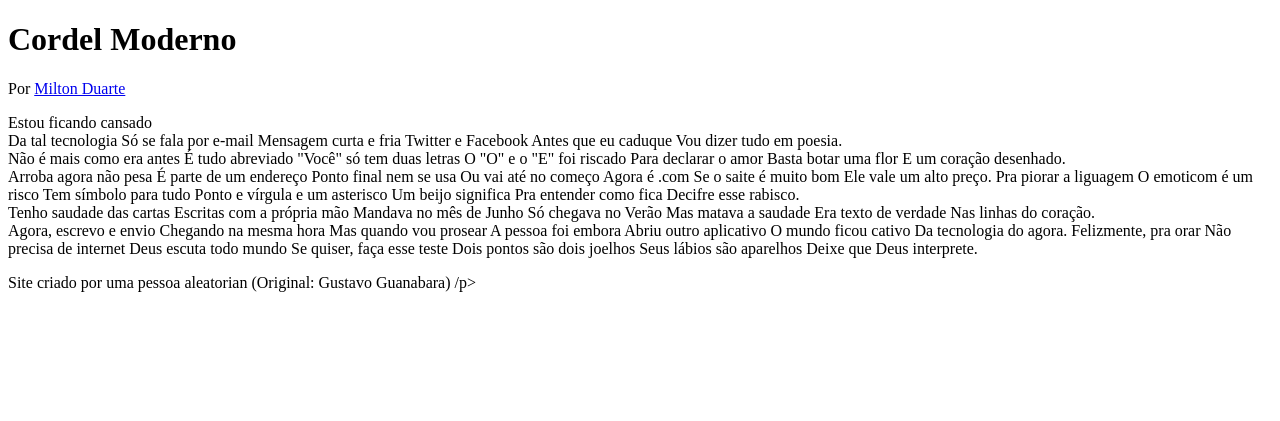
Repository: Codigo404q/html-css
Page: AHAHAHAHAHAHAHHHHHHHHHAHAHAHAHAHAHHAHAH/d012/index.html
The author's editor kept a copy of each file at every save. The page is drawn from the files as they stood at one save, then again after a run of saves.
The browser window is 1280 px wide. The pictures show the whole page.

Above is the page before, as saved 2024-01-07 22:40:30.

### AHAHAHAHAHAHAHHHHHHHHHAHAHAHAHAHAHHAHAH/d012/index.html
<!DOCTYPE html>
<html lang="pt-br">
<head>
    <meta charset="UTF-8">
    <meta name="viewport" content="width=device-width, initial-scale=1.0">
    <title>Codel moderno</title>
</head>
<body>
        <header>
            <h1>Cordel Moderno</h1>
            <p>Por <a href="https://www.recantodasletras.com.br/poesias/3186743" target="_blank">Milton Duarte</a></p>

        </header>

    <section>
        Estou ficando cansado <br>
        Da tal tecnologia
        Só se fala por e-mail
        Mensagem curta e fria
        Twitter e Facebook
        Antes que eu caduque
        Vou dizer tudo em poesia.
    </section>



    <section>
        Não é mais como era antes
        É tudo abreviado
        "Você" só tem duas letras
        O "O" e o "E" foi riscado
        Para declarar o amor
        Basta botar uma flor
        E um coração desenhado.
    </section>


    <section>
        Arroba agora não pesa
        É parte de um endereço
        Ponto final nem se usa
        Ou vai até no começo
        Agora é .com
        Se o saite é muito bom
        Ele vale um alto preço.

        Pra piorar a liguagem
        O emoticom é um risco
        Tem símbolo para tudo
        Ponto e vírgula e um asterisco
        Um beijo significa
        Pra entender como fica
        Decifre esse rabisco.
    </section>



    <section>
        Tenho saudade das cartas
        Escritas com a própria mão
        Mandava no mês de Junho
        Só chegava no Verão
        Mas matava a saudade
        Era texto de verdade
        Nas linhas do coração.
    </section>



    <section>
        Agora, escrevo e envio
        Chegando na mesma hora
        Mas quando vou prosear
        A pessoa foi embora
        Abriu outro aplicativo
        O mundo ficou cativo
        Da tecnologia do agora.

        Felizmente, pra orar
        Não precisa de internet
        Deus escuta todo mundo
        Se quiser, faça esse teste
        Dois pontos são dois joelhos
        Seus lábios são aparelhos
        Deixe que Deus interprete.
    </section>

    <footer>
        <p>Site criado por uma pessoa aleatorian (Original: Gustavo Guanabara) /p>
    </footer>
</body>
</html>

After the next 7 saves:
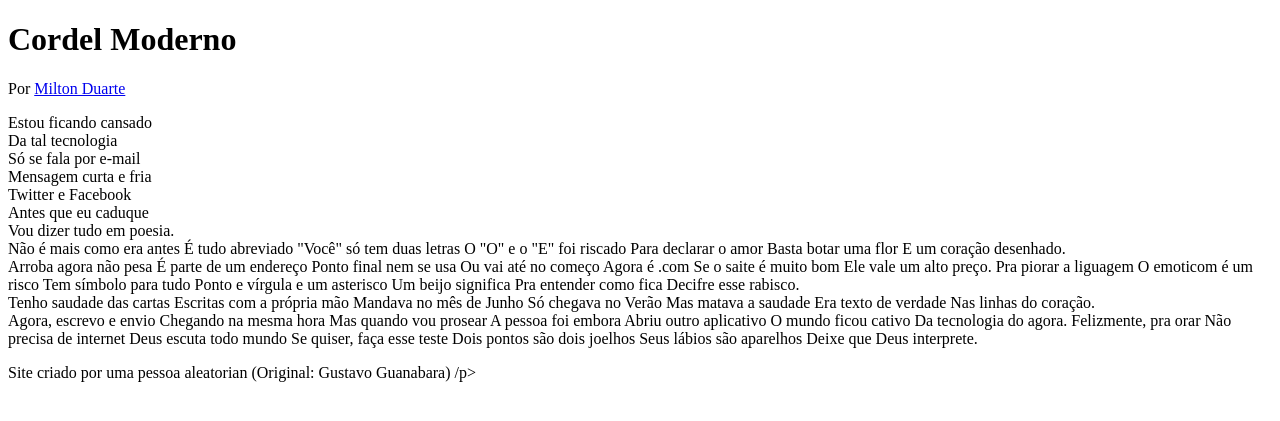
The 7 saves are shown as one change because they came seconds apart.
The last was saved 22 s later.
--- a/AHAHAHAHAHAHAHHHHHHHHHAHAHAHAHAHAHHAHAH/d012/index.html
+++ b/AHAHAHAHAHAHAHHHHHHHHHAHAHAHAHAHAHHAHAH/d012/index.html
@@ -14,12 +14,12 @@
 
     <section>
         Estou ficando cansado <br>
-        Da tal tecnologia
-        Só se fala por e-mail
-        Mensagem curta e fria
-        Twitter e Facebook
-        Antes que eu caduque
-        Vou dizer tudo em poesia.
+        Da tal tecnologia <br>
+        Só se fala por e-mail <br>
+        Mensagem curta e fria <br>
+        Twitter e Facebook <br>
+        Antes que eu caduque <br>
+        Vou dizer tudo em poesia. <br>
     </section>
 
 
